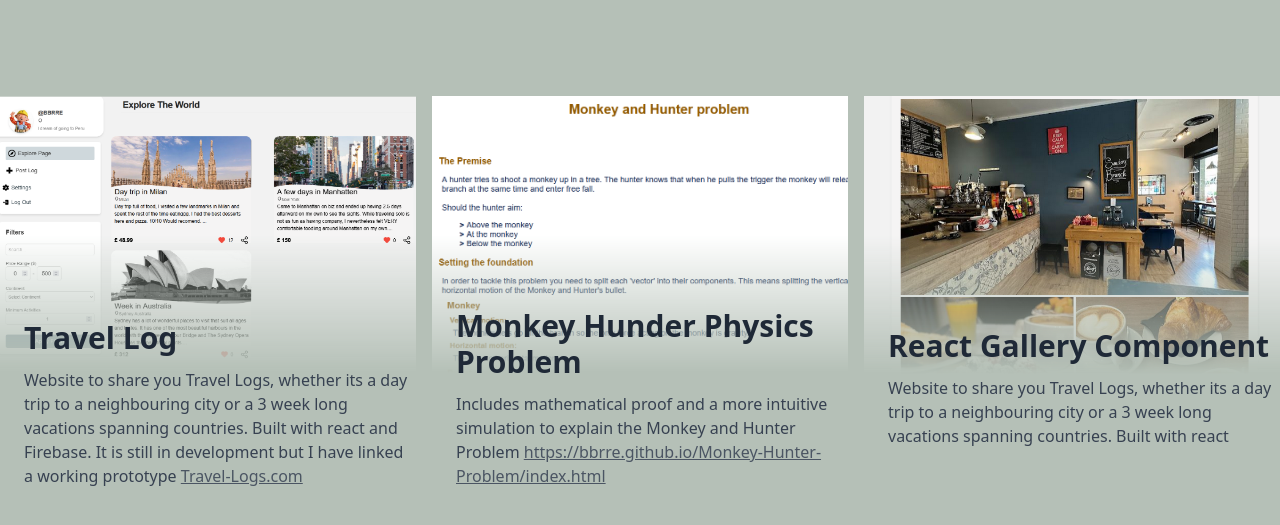
Repository: BBRRE/Portfolio-V2
Page: /#/Computer-Sci
The author's editor kept a copy of each file at every save. The page is drawn from the files as they stood at one save, then again after a run of saves.
The browser window is 1280 px wide. The pictures show the whole page.
Some web fonts or font styles are not loaded; a fallback is used. The project was rebuilt for these pictures with package versions that can differ from the ones it lists, and the page was loaded fresh each time. Also part of the build but not shown: vite.config.js, src/Subjects/Archi.jsx, src/Subjects/EEng.jsx, src/Subjects/Other.jsx, src/Projects Overview.jsx, src/HomePage.jsx, src/ErrorBoundary.jsx.

Above is the page before, as saved 2024-11-29 09:16:05.

### index.html
<!doctype html>
<html lang="en">
  <head>
    <meta charset="UTF-8" />
    <link rel="icon" type="image/svg+xml" href="src\assets\letter-bb.svg" />
    <link href="https://fonts.googleapis.com/css2?family=Inconsolata&family=Italiana&family=Hubballi&family=Julius+Sans+One&display=swap" rel="stylesheet">
    <link rel="preconnect" href="https://fonts.googleapis.com" />
<link rel="preconnect" href="https://fonts.gstatic.com" crossorigin />
<link
  rel="stylesheet"
  href="https://fonts.googleapis.com/css2?family=Roboto:wght@300;400;500;700&display=swap"
/>
<link
  rel="stylesheet"
  href="https://fonts.googleapis.com/icon?family=Material+Icons"
/>

    <meta name="viewport" content="width=device-width, initial-scale=1.0" />
    <title>Bilaal Bare</title>
  </head>
  <body>
    <div id="root"></div>
    <script type="module" src="/src/main.jsx"></script>
  </body>
</html>

### src/main.jsx
import React from 'react'
import ReactDOM from 'react-dom/client'
import App from './App'
import ErrorBoundary from './ErrorBoundary'
import './index.css'

ReactDOM.createRoot(document.getElementById('root')).render(
  <React.StrictMode>
    <ErrorBoundary>
      <App />
    </ErrorBoundary>
  </React.StrictMode>
)

### src/App.jsx
import { HashRouter as Router, Routes, Route } from 'react-router-dom';
import Archi from './Subjects/Archi.jsx'
import CompSci from './Subjects/CompSci.jsx'
import EEng from './Subjects/EEng.jsx'
import Other from './Subjects/Other.jsx'
import { HomePage } from './HomePage'
import { useState, useEffect } from 'react'

function App() {
  useEffect(() => {
    console.log('App component mounted')
  }, [])

  return (
    <Router>
        <Routes>
          <Route path="/" element={<HomePage />} />
          <Route path="/Architecture" element={<Archi />} />
          <Route path="/Electronic-Eng" element={<EEng />} />
          <Route path="/Computer-Sci" element={<CompSci />} />
          <Route path="/Other" element={<Other />} />
        </Routes>
    </Router>
  )
}

export default App

### src/index.css
@tailwind base;
@tailwind components;
@tailwind utilities;

@layer utilities {
  .bg-dot-pattern {
    background-image: radial-gradient(circle, rgba(0, 0, 0, 0.2) 1px, transparent 1px);
    background-size: 50px 50px; /* Adjust the spacing here */
  }
}

### src/Subjects/CompSci.jsx
import React from 'react'
import cs from '../assets/aaaa.png'
import ph from '../assets/Monkey.png'
import tr from '../assets/tra.png'

const CompSci = () => {
  return (
    <div className='bg-[#B5C0B7] w-full h-auto min-h-screen flex gap-4'>
      <div className='relative mx-auto mt-24 w-[700px] h-[400px]'>
        <img src={cs} style={{ WebkitMaskImage: 'linear-gradient(to top, transparent 0%, black 50%)' }} />
        <div className=" absolute bottom-2 left-2 flex flex-col ml-4 gap-3 justify-center">
          <h2 className=" text-left text-xl md:text-2xl lg:text-3xl font-semibold text-gray-800">
            Travel Log
          </h2>
          <p className="text-gray-700 text-sm md:text-base leading-relaxed max-w-[500px]">
            Website to share you Travel Logs, whether its a day trip to a neighbouring city or a 3 week long vacations spanning countries. Built with react
            and Firebase. It is still in development but I have linked a working prototype <a href="https://Travel-Logs.com/" className='underline text-gray-600'>Travel-Logs.com</a>
          </p>
        </div>
      </div>

      <div className='relative mx-auto mt-24 w-[700px] h-[400px]'>
        <img src={ph} style={{ WebkitMaskImage: 'linear-gradient(to top, transparent 0%, black 50%)' }} />
        <div className=" absolute bottom-2 left-2 flex flex-col ml-4 gap-3 justify-center">
          <h2 className=" text-left text-xl md:text-2xl lg:text-3xl font-semibold text-gray-800">
            Monkey Hunder Physics Problem
          </h2>
          <p className="text-gray-700 text-sm md:text-base leading-relaxed max-w-[500px]">
            Includes mathematical proof and a more intuitive simulation to explain the Monkey and Hunter Problem  <a href="https://bbrre.github.io/Monkey-Hunter-Problem/index.html" className='underline text-gray-600'>https://bbrre.github.io/Monkey-Hunter-Problem/index.html</a>        </p>
        </div>
      </div>

      <div className='relative mx-auto mt-24 w-[700px] h-[360px]'>
        <img src={tr} style={{ WebkitMaskImage: 'linear-gradient(to top, transparent 0%, black 50%)' }} />
        <div className=" absolute bottom-2 left-2 flex flex-col ml-4 gap-3 justify-center">
          <h2 className=" text-left text-xl md:text-2xl lg:text-3xl font-semibold text-gray-800">
            React Gallery Component
          </h2>
          <p className="text-gray-700 text-sm md:text-base leading-relaxed max-w-[500px]">
            Website to share you Travel Logs, whether its a day trip to a neighbouring city or a 3 week long vacations spanning countries. Built with react

          </p>
        </div>
      </div>

    </div>
  )
}

export default CompSci

### tailwind.config.js
/** @type {import('tailwindcss').Config} */
export default {
    darkMode: ["class"],
    content: ["index.css",
  "./src/**/*.{js,ts,jsx,tsx}",],
  theme: {
  	extend: {
  		backgroundImage: {
  			noise: "url('/src/assets/nnnoise.svg')",
  			undulate: "url('/src/assets/uuundulate.svg')"
  		},
  		fontFamily: {
  			inconsolata: ['Inconsolata', 'monospace'],
  			italiana: ['Italiana', 'serif'],
  			hubballi: ['Hubballi', 'cursive'],
  			julius: ['Julius Sans One"', 'sans-serif']
  		},
      keyframes: {
        fadeIn: {
          '0%': { opacity: '0' },
          '100%': { opacity: '1' },
        },
      }
  	}
  }
}

After the next 4 saves:
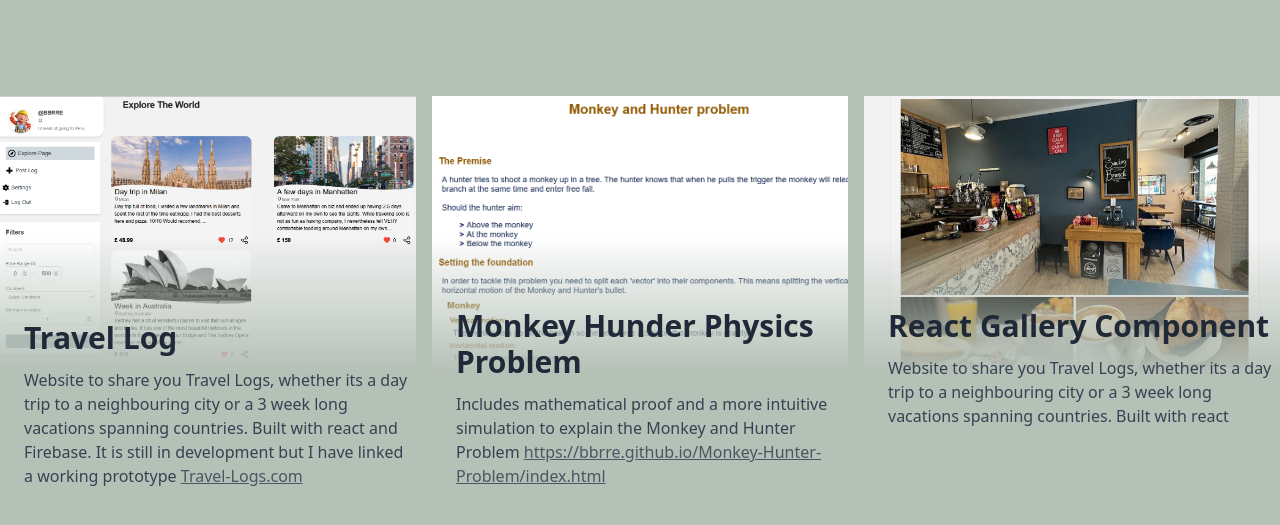
The 4 saves are shown as one change because they came seconds apart.
The last was saved 14 s later.
--- a/src/Subjects/CompSci.jsx
+++ b/src/Subjects/CompSci.jsx
@@ -30,7 +30,7 @@ const CompSci = () => {
         </div>
       </div>
 
-      <div className='relative mx-auto mt-24 w-[700px] h-[360px]'>
+      <div className='relative mx-auto mt-24 w-[700px] h-[340px]'>
         <img src={tr} style={{ WebkitMaskImage: 'linear-gradient(to top, transparent 0%, black 50%)' }} />
         <div className=" absolute bottom-2 left-2 flex flex-col ml-4 gap-3 justify-center">
           <h2 className=" text-left text-xl md:text-2xl lg:text-3xl font-semibold text-gray-800">
